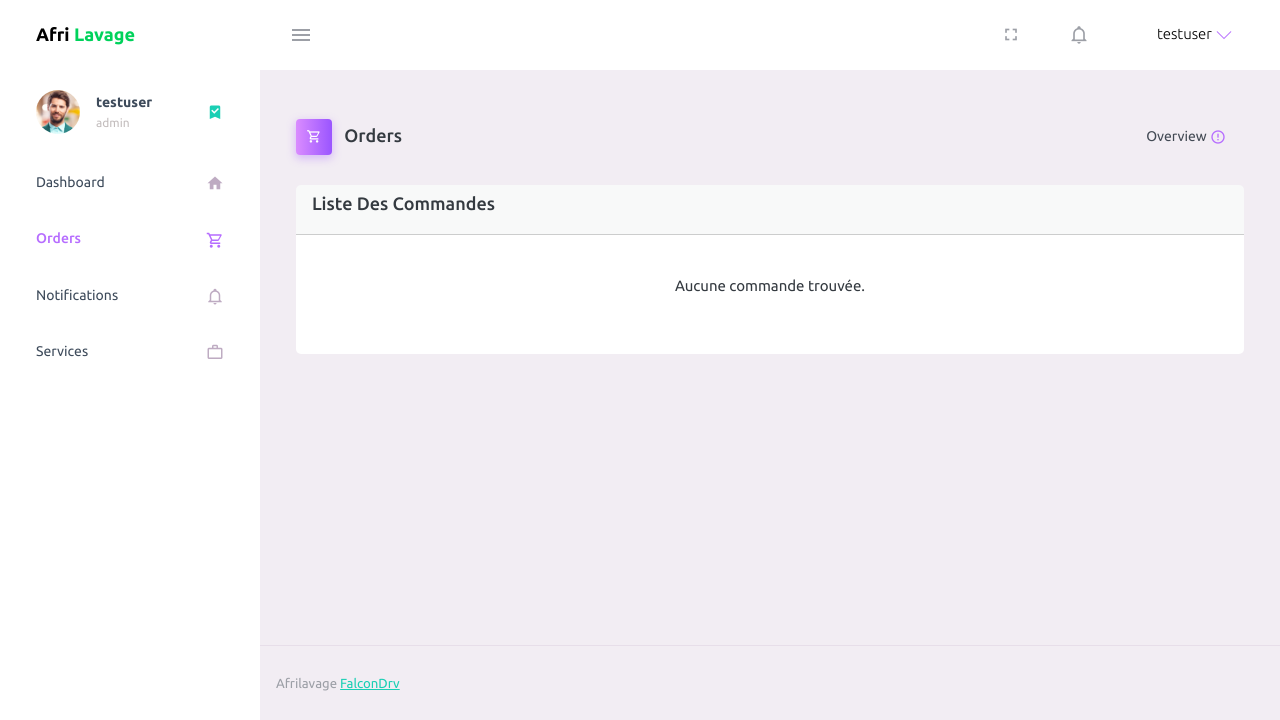
Repository: idir2023/afrilavage
Page: http://localhost/orders
The author's editor kept a copy of each file at every save. The page is drawn from the files as they stood at one save, then again after the next save.
The browser window is 1280 px wide. The pictures show the whole page.
The page is served by the project's Laravel application, run on PHP 8.4 with Laravel 12. A made-up administrator, Test User (test@example.com), is signed in. Queries for data that is not in the repository find no rows.

Above is the page before, as saved 2025-06-10 16:57:25.
Console error: TypeError: Cannot read properties of null (reading 'classList')

After the next save:
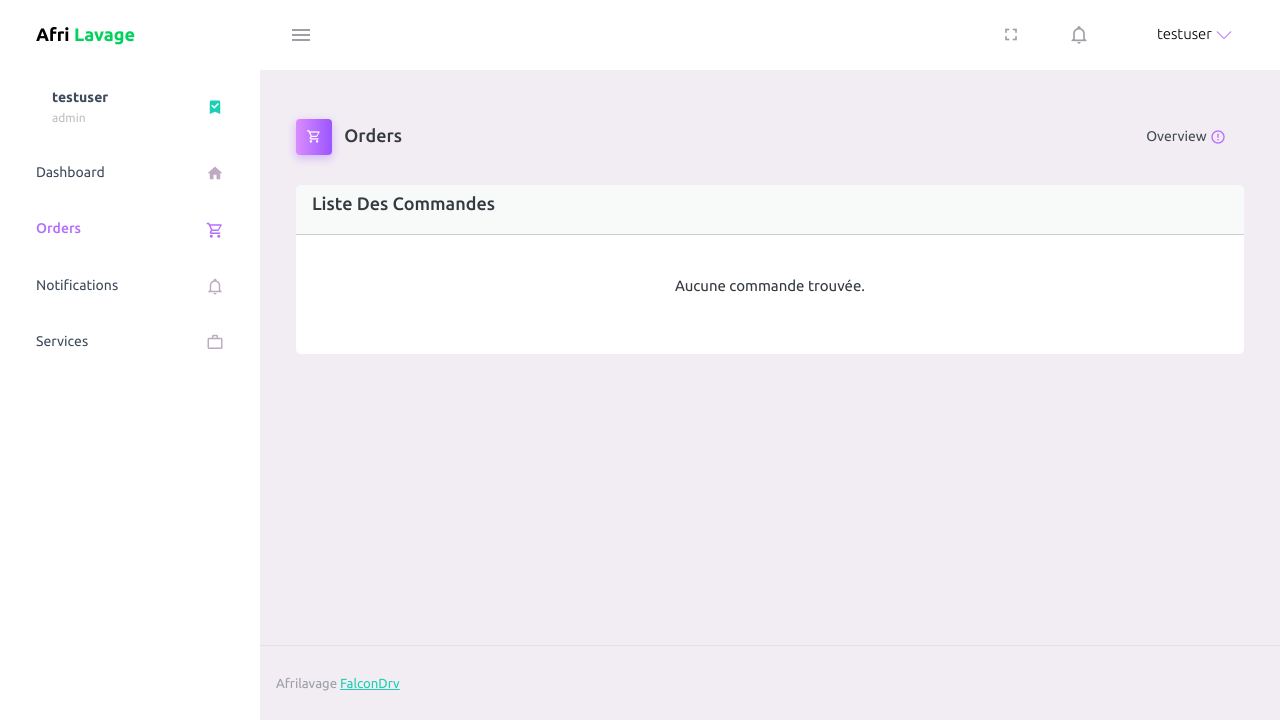
Saved 55 s later.
--- a/resources/views/admins/layouts/sidebar.blade.php
+++ b/resources/views/admins/layouts/sidebar.blade.php
@@ -3,11 +3,7 @@
 
          <li class="nav-item nav-profile">
              <a href="#" class="nav-link">
-                 <div class="nav-profile-image">
-                     <img src="{{ asset('admin/assets/images/faces/face1.jpg') }}" alt="profile" />
-                     <span class="login-status online"></span>
-                     <!-- change to offline or busy as needed -->
-                 </div>
+
                  <div class="nav-profile-text d-flex flex-column">
                      <span class="font-weight-bold mb-2">{{ Auth::user()->username }}</span>
                      <span class="text-secondary text-small">{{ Auth::user()->role }}</span>
